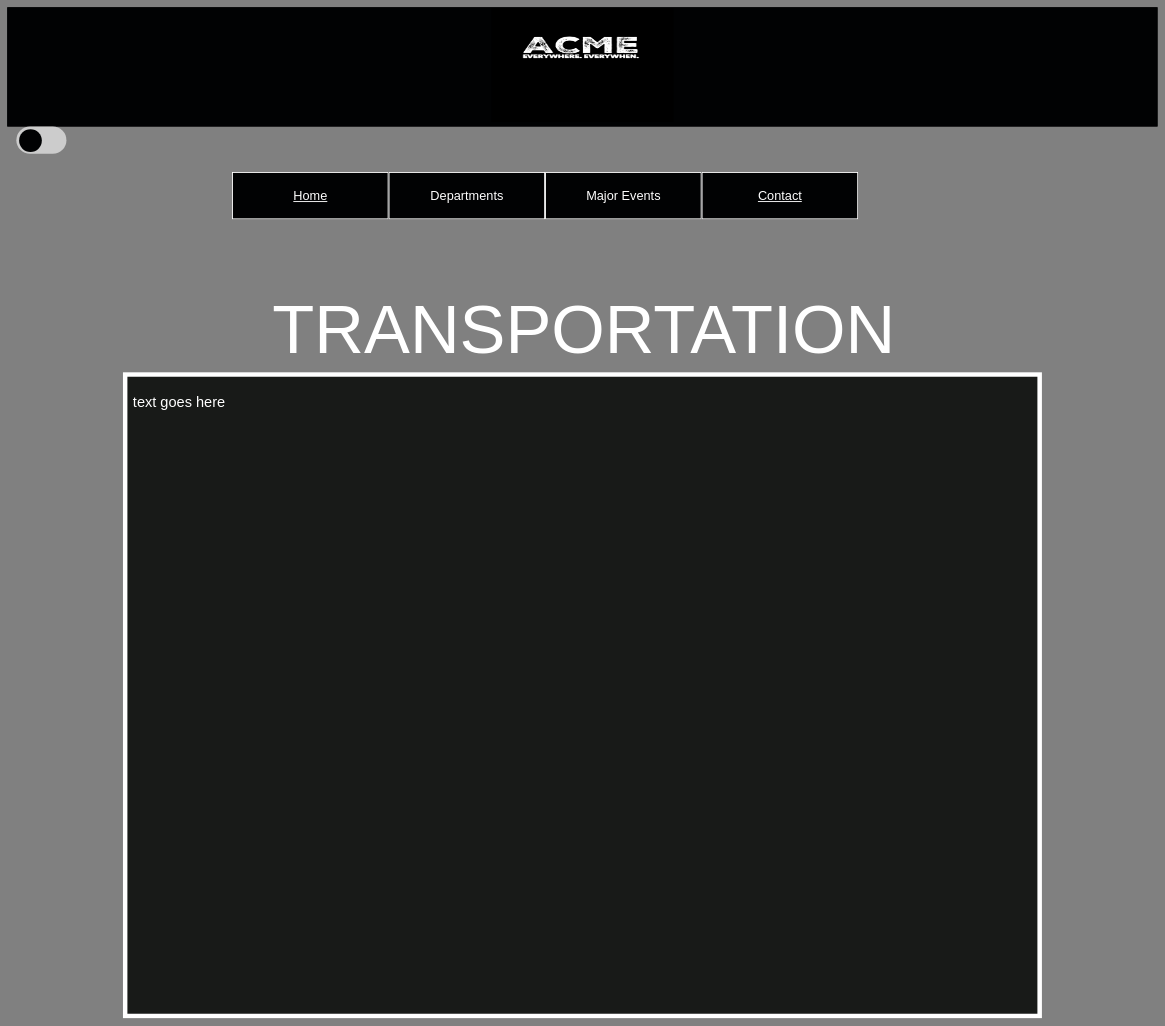
Repository: omega7379/omega7379.github.io
Page: publicRelations.html
The author's editor kept a copy of each file at every save. The page is drawn from the files as they stood at one save, then again after the next save.
The browser window is 1280 px wide. The pictures show the whole page, at 91% of full size.

Above is the page before, as saved 2022-06-21 22:34:39.

### publicRelations.html
<!--created by Josip Bailey
Created 250122, Last Update 210622-->
<!DOCTYPE html>
<html lang="en">
    <body class="background">
        <header>
            <head>
                <!--meta data-->
                <meta charset="UTF-8">
                <meta http-equiv="X-UA-Compatible" content="IE=edge">
                <meta name="viewport" content="width=device-width, initial-scale=1.0">

                <!--tab title-->
                <title>ACME TIKTOK</title>
                <link rel="icon" href="acmeanvil.png">

                <!--import css-->
                <link id = "theme" rel="stylesheet" type="text/css" href="acmeStyleGuideDark.css">

            </head>

            <div class="top">
                <img src="acmelogo.png" alt="Homescreen Logo" width="200" height="125">
            </div>

        </header>
        <!--main scetion-->
        <main>
            <!--create toggle button to adjust switch colour-scheme-->
            <span class="toggle">
                <label class="switch" onclick="toggleTheme()">
                    <input type="checkbox">
                    <span class="slider"></span>
                </label>
            </span>

            <!--dropdown menu-->
            <div class="wrapper">
                <ul>
                    <li><a href="home.html">Home</a></li>
                    <li>Departments
                        <ul>
                            <li>Support
                                <ul>
                                    <li><a href="villianSupport.html">Villian Support</a></li>
                                    <li><a href="heroSupport.html">Hero Support</a></li>
                                    <li><a href="sidekickSupport.html">Sidekick Support</a></li>
                                    <li><a href="antiheroSupport.html">Antihero Support</a></li>
                                    <li><a href="memberSolutions.html">Member Solutions</a></li>
                                    <li><a href="itSupport.html">IT Support</a></li>
                                </ul>
                            </li>
                            <li>Corporate
                                <ul>
                                    <li><a href="corporate.html">Corporate</a></li>
                                    <li><a href="legal.html">Legal</a></li>
                                    <li><a href="collections.html">Collections</a></li>
                                    <li><a href="buildCrew.html">Build Crew</a></li>
                                    <li><a href="marketing.html">Marketing</a></li>
                                    <li><a href="communications.html">Communications</li>
                                    <li><a href="letters.html">Letters</a></li>
                                    <li><a href="humanResources.html">Human Resources</a></li>
                                    <li><a href="transportation.html">Transportation</a></li>
                                    <li><a href="publicRelations.html">Public Relations</a></li>
                                    <li><a href="evidenceDisposal.html">Evidence Disposal</a></li>
                                </ul>
                            </li>
                        </ul>
                    </li>
                    <li>Major Events
                        <ul>
                            <li><a href="borg.html">Borg Attack</a></li>
                            <li><a href="ork.html">Ork Invasion</a></li>
                            <li><a href="councilWar.html">Council War</a></li>
                            <li><a href="timeKeepers.html">Time Keepers</a></li>
                            <li><a href="TerryEscape.html">Terry's Escape</a></li>
                            <li><a href="hacked.html">The Hacker</a></li>
                        </ul>
                    </li>
                    <li><a href="contact.html">Contact</a></li>
                </ul>
            </div>
        </br></br></br>
            <div class="title">
                <p>TRANSPORTATION</p>
            </div>
            <!--main table holding the contents of the page-->
            <div class="contentTable">
                <table>
                    <tr><td>
                        <!--contents of page go here-->
                        <p>
                            text goes here
                        </p>
                    </tr></td>
                </table>
            </div>
        </main>
        <script type="text/javascript" src="acmejs.js"></script>
    </body>
</html>

### acmeStyleGuideDark.css
/*CSS webpage dark mode ACME, created by Josip Bailey
created 170122, last update 170622*/

/*header styling applying black to expand image without stretching*/
div.top {
    border: 1px solid #010203;
    background-color: #010203;
    text-align: center;
    align-content: center;
}
.title{
    font-size: 2cm;
    margin: auto;
    text-align: center;
    align-content: center;
}

/*start of the toggle button might delete*/
div.toggle{
    position: absolute;
    top: 50%;
    left:50%;
    transform: translate(-50%,-50%);
    text-align: left;
}
.switch{
    position: relative;
    display: inline-block;
    width: 55px;
    height: 30px;
    margin: 0 10px;

}
.slider{
    position: absolute;
    cursor: pointer;
    top: 0;
    left: 0;
    right: 0;
    bottom: 0;
    background-color: #ccc;
    transition: 0.4s;
    border-radius: 18px;
}
.switch input {display: none;}
.slider:before{
    position: absolute;
    content:"";
    height: 25px;
    width: 25px;
    left: 2.5px;
    bottom: 2.5px;
    background-color: #010203;
    transition: 0.4s;
    border-radius: 25px;
}
input:checked + .slider{
    background-color: #ccc;
}

input:checked + .slider:before{
    transform: translateX(25px);
}
/*end of button styling*/

/*background*/
.background{
    background-color: grey;
}

/*adjust text*/
p{
    margin-bottom: 4px;
    margin-left: 3px;
    font-family: Arial, Helvetica, sans-serif;
    color: white;
}
.chapter{
    margin-bottom: 8px;
    font-family: Arial, Helvetica, sans-serif;
    color: white;
    font-size: 1cm;
    text-align: center;
}

/*contentTable styling*/
.contentTable{
    border: 5px solid white;
    background-color: #181A18;
    max-width: 1000px;
    margin: auto;
    height: 700px;
    overflow: scroll;
}
.contentTablePDF{
    border: 5px solid white;
    /*background-color: #181A18;*/
    max-width: 1000px;
    margin: auto;
    height: 700px;
}
::-webkit-scrollbar{
    width: 12px;
    height: 12px;
}
::-webkit-scrollbar-thumb {
    background: white;
    border-radius: 10px;
}
::-webkit-scrollbar-thumb:hover {
    background: crimson;
}

/*drop down menu*/
.wrapper{
    width: 850px;
    margin: auto;
}
.wrapper ul{
    list-style: none;
    margin-top: 5px;
}
.wrapper ul li{
    background: #010203;
    width: 170px;
    border: 1px solid white;
    height: 50px;
    line-height: 50px;
    text-align: center;
    float: left;
    color: white;
    font-size: 14px;
    position: relative;
    font-family: Arial, Helvetica, sans-serif;
}
.wrapper ul ul{
    display: none;
}
.wrapper ul li:hover{
    background: crimson;
}
/*not broken, just a FEATURE*/
.wrapper ul li:hover > ul{/*messing with padding here to increase mouse accuracy and drop alignment*/
    display: block;
    margin: 0 0 -10em -2em;
    padding: 0 0 -2em 2em;
    z-index: 1;
    position: relative;
}
.wrapper ul ul ul{
    margin-left: 136px;
    top: 0;
    position: absolute;
}
/*adjust hyperlink colours*/
a:link{
    color: white;
}
a:visited{
    color: white;
}
a:hover{
    color: black;
}

### acmejs.js
/*enable switch for css pages-->*/
function toggleTheme(){
    var theme = document.getElementsByTagName('link')[0];
    if (theme.getAttribute('href') == 'acmeStyleGuideDark.css'){
        theme.setAttribute('href', 'acmeStyleGuideLight.css');
    }
    else {
        theme.setAttribute('href', 'acmeStyleGuideDark.css');
    }
}

After the next save:
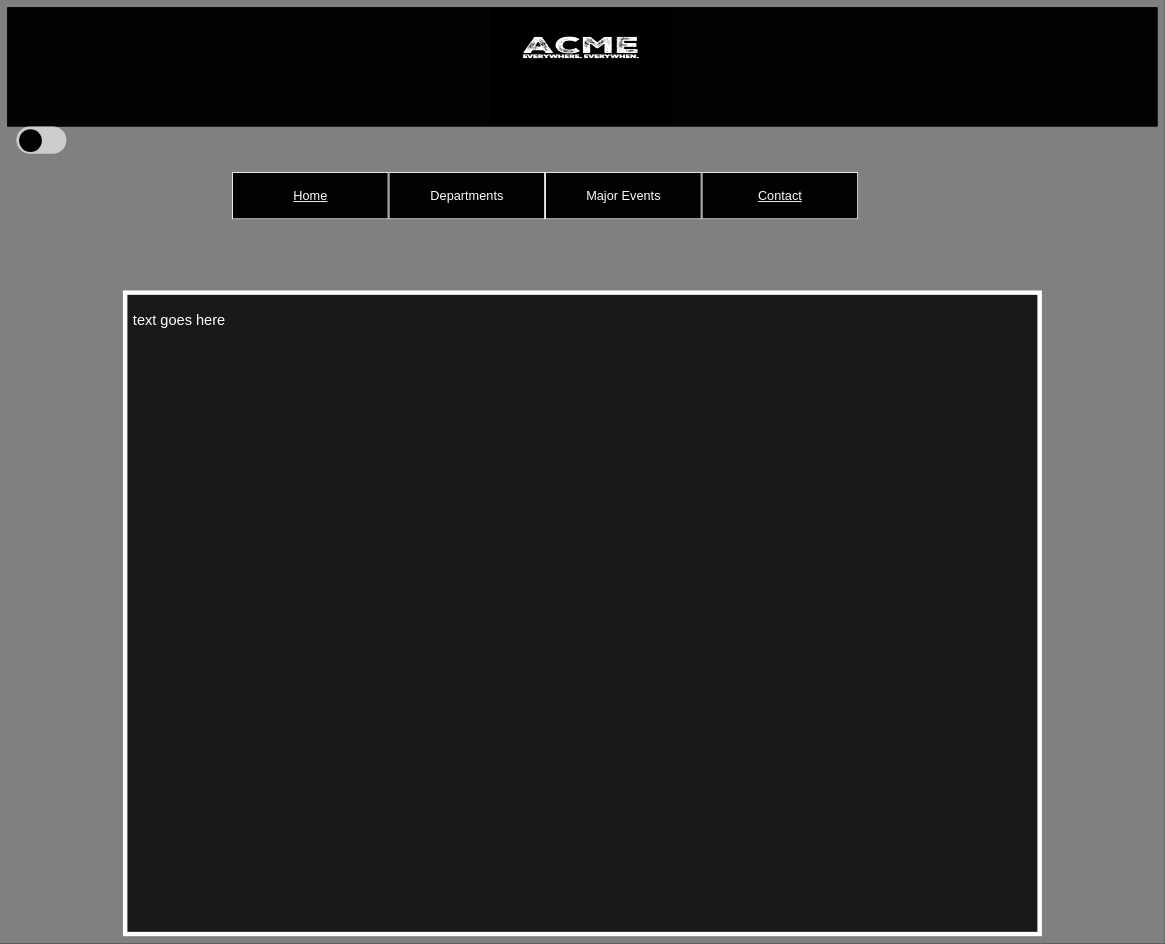
Saved 26 s later.
--- a/publicRelations.html
+++ b/publicRelations.html
@@ -82,7 +82,7 @@ Created 250122, Last Update 210622-->
             </div>
         </br></br></br>
             <div class="title">
-                <p>TRANSPORTATION</p>
+                <p></p>
             </div>
             <!--main table holding the contents of the page-->
             <div class="contentTable">
